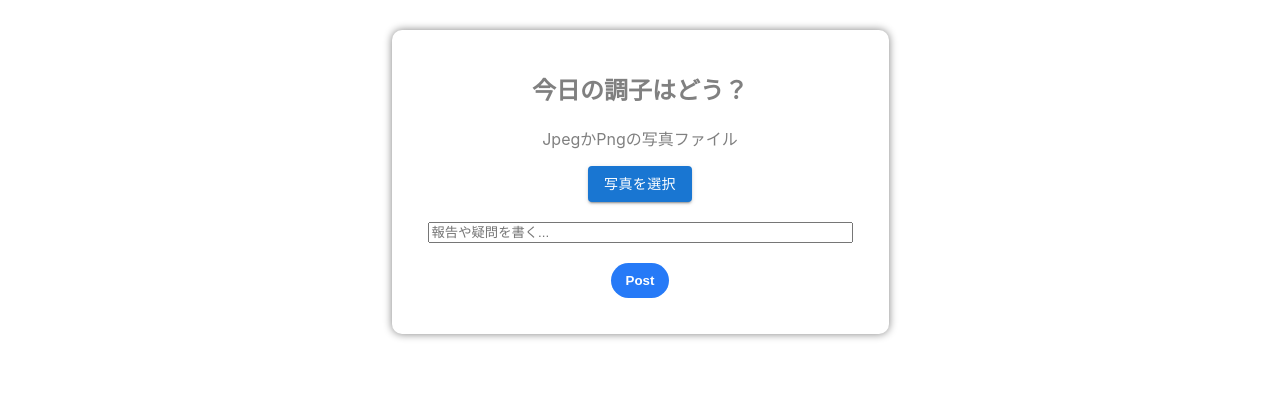
Repository: Seiya00002/seeds_surfers_react_sns
Page: /
An editor plug-in stored every save of this project. The page is shown before and after the next save, followed by the edit.
The browser window is 1280 px wide. The pictures show the whole page.
The page's requests for data from a server got no answer. The project was rebuilt for these pictures with package versions that can differ from the ones it lists, and the page was loaded fresh each time. No one was signed in, and anything a server would have sent is missing. Also part of the build but not shown: src/Post.css, src/Post.tsx.

Above is the page before, as saved 2023-08-03 08:45:31.

After the next save:
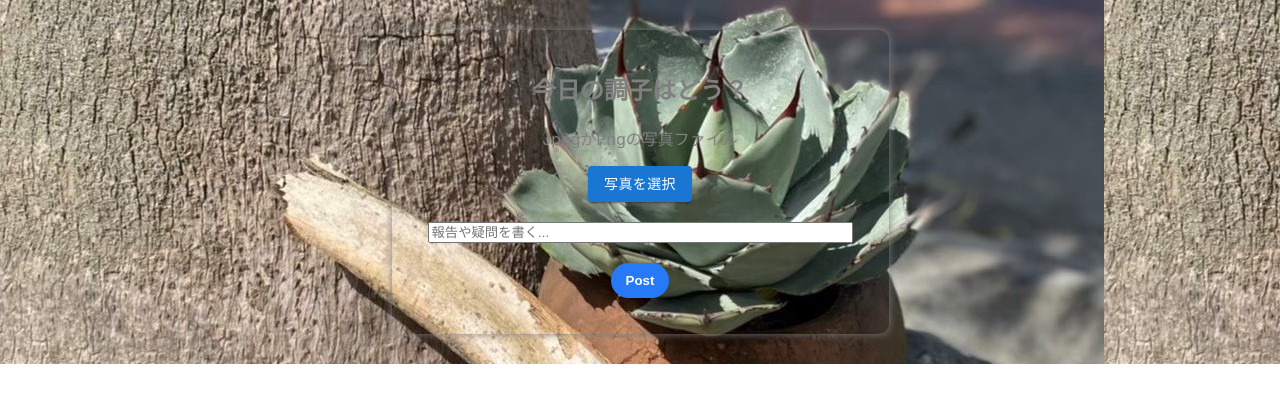
Saved 5 min 26 s later.
--- a/src/App.css
+++ b/src/App.css
@@ -5,4 +5,5 @@
   align-items: center;
   width: 100%;
   flex-flow: column;
+  background-image: url("./cream-spike-pic.jpg");
 }
